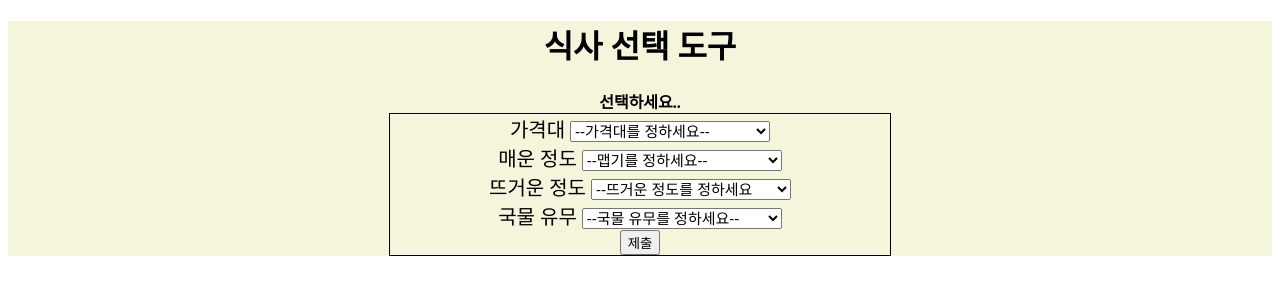
Repository: kimgh06/JavaWeb
Page: http://localhost/what/
An editor plug-in stored every save of this project. The page is shown before and after the next save, followed by the edit.
The browser window is 1280 px wide. The pictures show the whole page.
The page is served by Tomcat 9.

Above is the page before, as saved 2022-11-04 00:45:43.

After the next save:
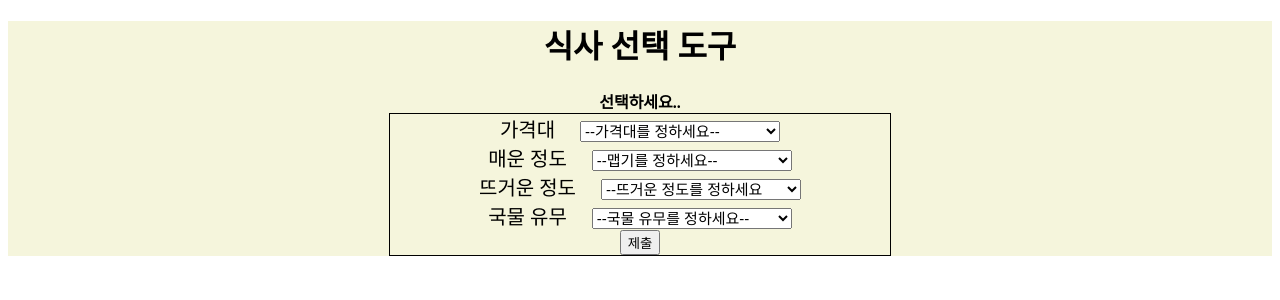
Saved 19 s later.
--- a/what/src/main/webapp/main.css
+++ b/what/src/main/webapp/main.css
@@ -17,6 +17,7 @@
 	font-size: 20px;
 }
 #form div select{
+	margin-left: 20px;
 	width:200px;
 	font-size: 15px;
 }
